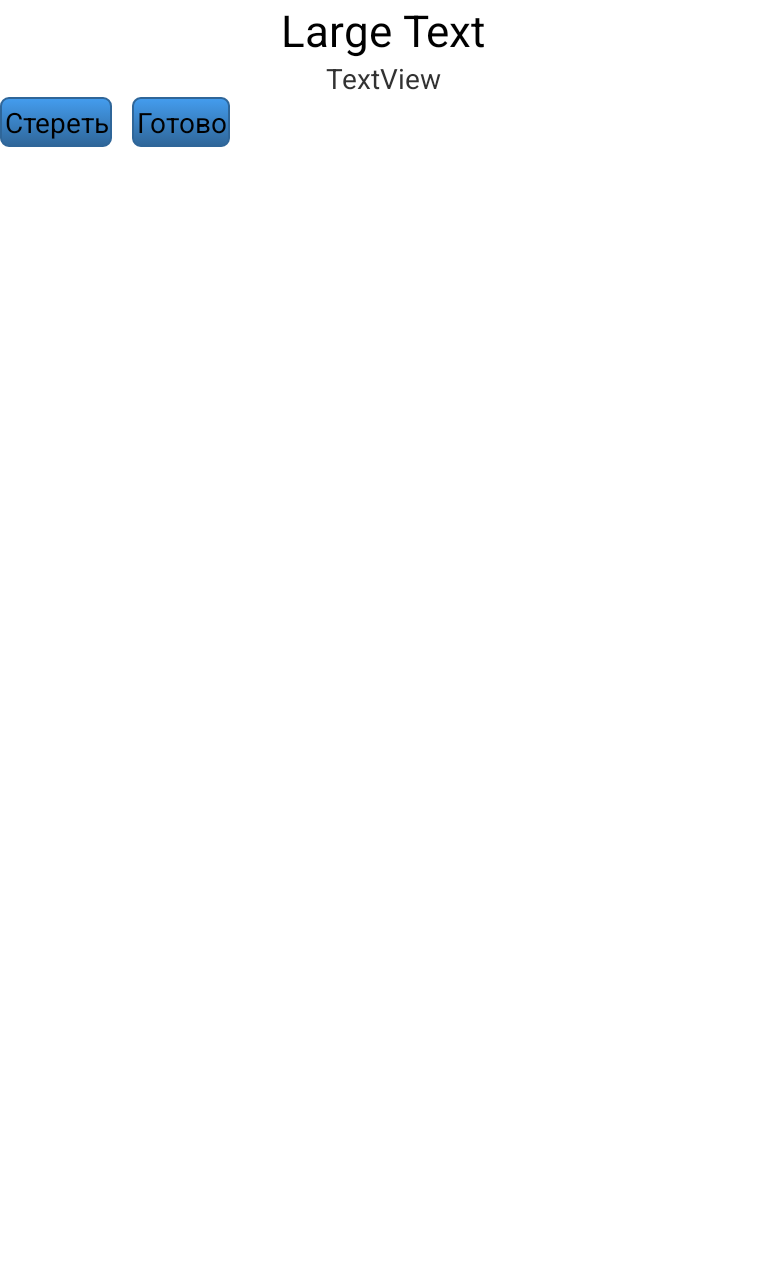
Repository: pcombi/android_dev
Layout: EnglishGrammar/res/layout/tests.xml
These files come from the project's save history. The layout is drawn as it stood at one moment and after the next save; the edit follows.
It is drawn on a 768 x 1280 px phone screen (xhdpi) without system bars, with theme AppTheme; the app's code is not run.

Above is the layout before, as saved 2012-12-29 14:10:24.

### EnglishGrammar/res/layout/tests.xml
<?xml version="1.0" encoding="utf-8"?>
<LinearLayout xmlns:android="http://schemas.android.com/apk/res/android"
    android:layout_width="match_parent"
    android:layout_height="match_parent"
    android:orientation="vertical"
    android:weightSum="100">

    <TextView
        android:id="@+id/tvQuestion"
        android:layout_width="wrap_content"
        android:layout_height="wrap_content"
        android:layout_gravity="center"
        android:text="Large Text"
        android:textAppearance="?android:attr/textAppearanceLarge" />

    <TextView
        android:id="@+id/tvAnswer"
        android:layout_width="wrap_content"
        android:layout_height="wrap_content"
        android:layout_gravity="center"
        android:text="TextView" />

    <LinearLayout
        android:id="@+id/lAnswers"
        android:layout_width="match_parent"
        android:layout_height="wrap_content"
        android:orientation="vertical" >

        <LinearLayout
            android:id="@+id/lhorAnswers"
            android:layout_width="match_parent"
            android:layout_height="wrap_content"
            android:orientation="horizontal" >
        </LinearLayout>
    </LinearLayout>

    <LinearLayout
        android:id="@+id/llButtons"
        android:layout_width="fill_parent"
        android:layout_height="wrap_content"
        android:orientation="horizontal" >

        <Button
            android:id="@+id/bErase"
            style="?android:attr/buttonStyleSmall"
            android:layout_width="wrap_content"
            android:background="@drawable/btn_blue"
            android:layout_marginRight="10dp"
            android:layout_height="25dp"
            android:layout_gravity="left"
            android:text="@string/erase" />

        <Button
            android:id="@+id/button1"
            style="?android:attr/buttonStyleSmall"
            android:layout_width="wrap_content"
            android:layout_height="25dp"
            android:layout_gravity="right"
            android:background="@drawable/btn_blue"
            android:text="@string/done" />
    </LinearLayout>

    <LinearLayout
        android:id="@+id/buttonOptions1"
        android:layout_width="wrap_content"
        android:layout_height="wrap_content"
        android:orientation="vertical" >
    </LinearLayout>

    <LinearLayout
        android:id="@+id/buttonOptions2"
        android:layout_width="wrap_content"
        android:layout_height="wrap_content"
        android:orientation="vertical" >
    </LinearLayout>

    <LinearLayout
        android:id="@+id/buttonOptions3"
        android:layout_width="wrap_content"
        android:layout_height="wrap_content"
        android:orientation="vertical" >
    </LinearLayout>

    <LinearLayout
        android:id="@+id/buttonOptions4"
        android:layout_width="wrap_content"
        android:layout_height="wrap_content"
        android:orientation="vertical" >
    </LinearLayout>

</LinearLayout>

### EnglishGrammar/res/drawable/btn_blue.xml
<?xml version="1.0" encoding="utf-8"?>
<selector xmlns:android="http://schemas.android.com/apk/res/android">
    <item android:state_pressed="true" >
        <shape>
            <solid
                android:color="#449def" />
            <stroke
                android:width="1dp"
                android:color="#2f6699" />
            <corners
                android:radius="4dp" />
            <padding
                android:left="2dp"
                android:top="2dp"
                android:right="2dp"
                android:bottom="2dp" />
        </shape>
    </item>
    <item>
        <shape>
            <gradient
                android:startColor="#449def"
                android:endColor="#2f6699"
                android:angle="270" />
            <stroke
                android:width="1dp"
                android:color="#2f6699" />

            <corners
                android:radius="4dp" />
            <padding
                android:left="2dp"
                android:top="2dp"
                android:right="2dp"
                android:bottom="2dp" />
        </shape>
    </item>
</selector>

### EnglishGrammar/res/values/strings.xml
<resources>

    <string name="app_name">EnglishGrammar</string>
    <string name="lessons">Теория</string>
    <string name="tests">Тесты</string>
    <string name="exit">Выход</string>
    <string name="erase">Стереть</string>
    <string name="done">Готово</string>
    <style name="ButtonText">
	    <item name="android:layout_width">fill_parent</item>
	    <item name="android:layout_height">wrap_content</item>
	    <item name="android:textColor">#ffffff</item>
	    <item name="android:gravity">center</item>
	    <item name="android:layout_margin">1dp</item>
	    <item name="android:textSize">17dp</item>
	    <item name="android:textStyle">bold</item>
	    <item name="android:shadowColor">#000000</item>
	    <item name="android:shadowDx">1</item>
	    <item name="android:shadowDy">1</item>
	    <item name="android:shadowRadius">2</item>
	</style>

</resources>

Loaded but not shown: EnglishGrammar/res/values/styles.xml (common file); EnglishGrammar/res/values-v11/styles.xml (common file); EnglishGrammar/res/values-v14/styles.xml (common file)

After the next save:
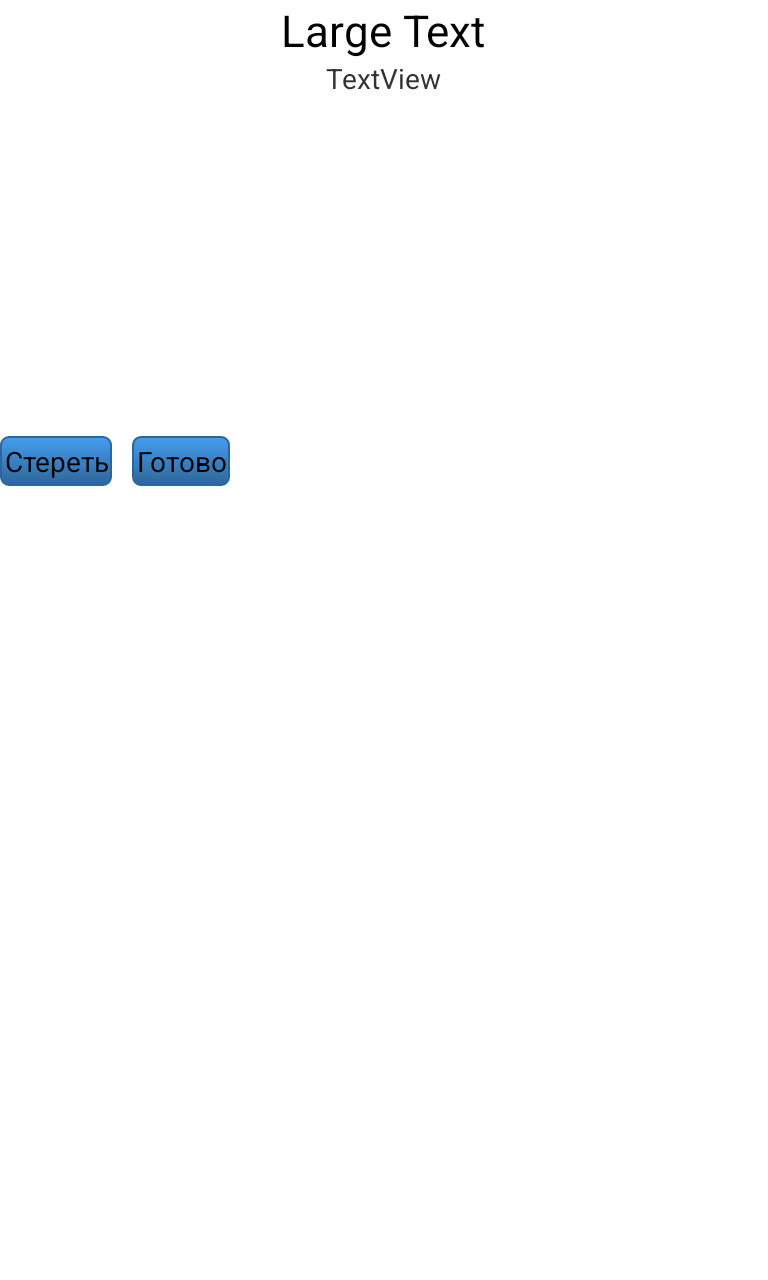
Saved 53 s later.
--- a/EnglishGrammar/res/layout/tests.xml
+++ b/EnglishGrammar/res/layout/tests.xml
@@ -24,6 +24,7 @@
         android:id="@+id/lAnswers"
         android:layout_width="match_parent"
         android:layout_height="wrap_content"
+        android:layout_weight="30"
         android:orientation="vertical" >
 
         <LinearLayout
